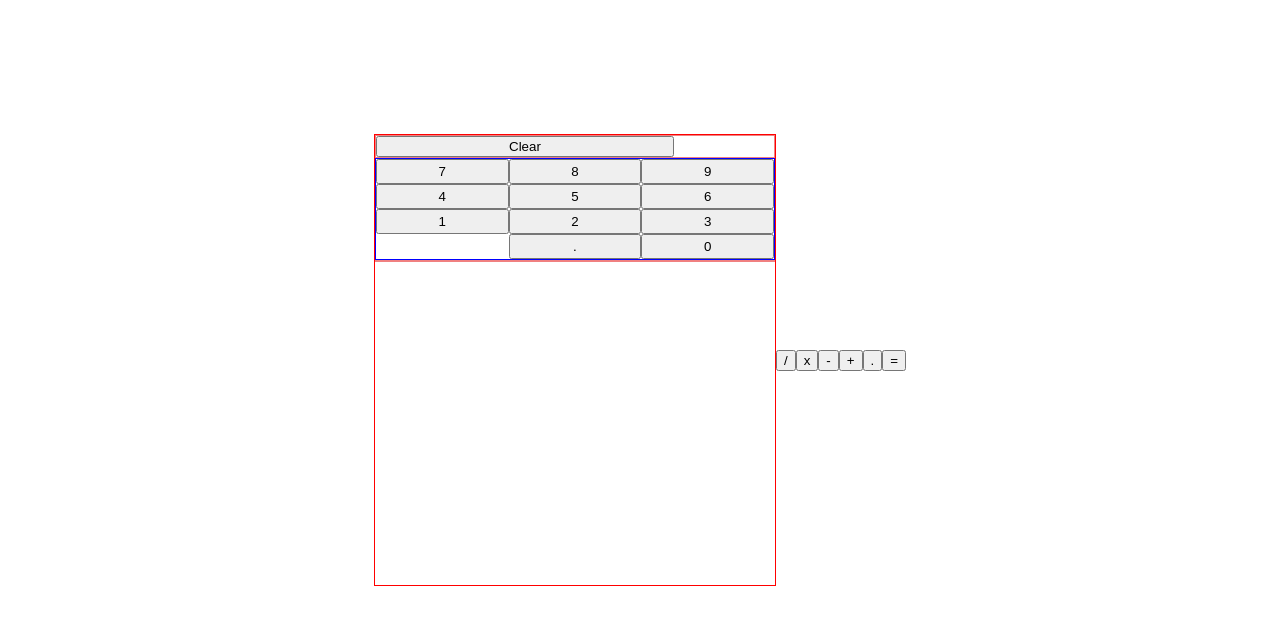
Repository: kocokoy/Calculator
Page: index.html
An editor plug-in stored every save of this project. The page is shown before and after the next save, followed by the edit.
The browser window is 1280 px wide. The pictures show the whole page.

Above is the page before, as saved 2024-10-22 15:54:19.

After the next save:
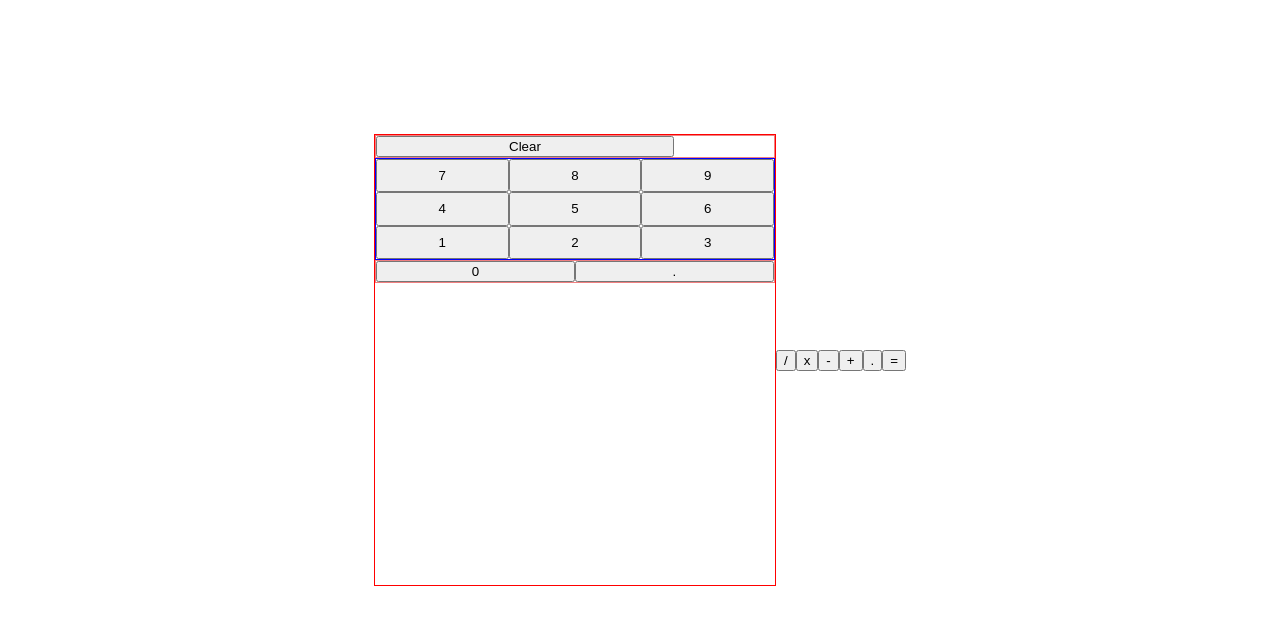
Saved 55 s later.
--- a/script.js
+++ b/script.js
@@ -22,7 +22,7 @@ for(const num of descendedNumber){
       button.classList.add('clear-button');
       button.textContent = num;
       clearButtonContainer.appendChild(button);
-    }else if(num === 0 && num === '.'){
+    }else if(num === 0 || num === '.'){
       button.classList.add('number-button');
       button.textContent = num;
       zeroButtonContainer.appendChild(button);
